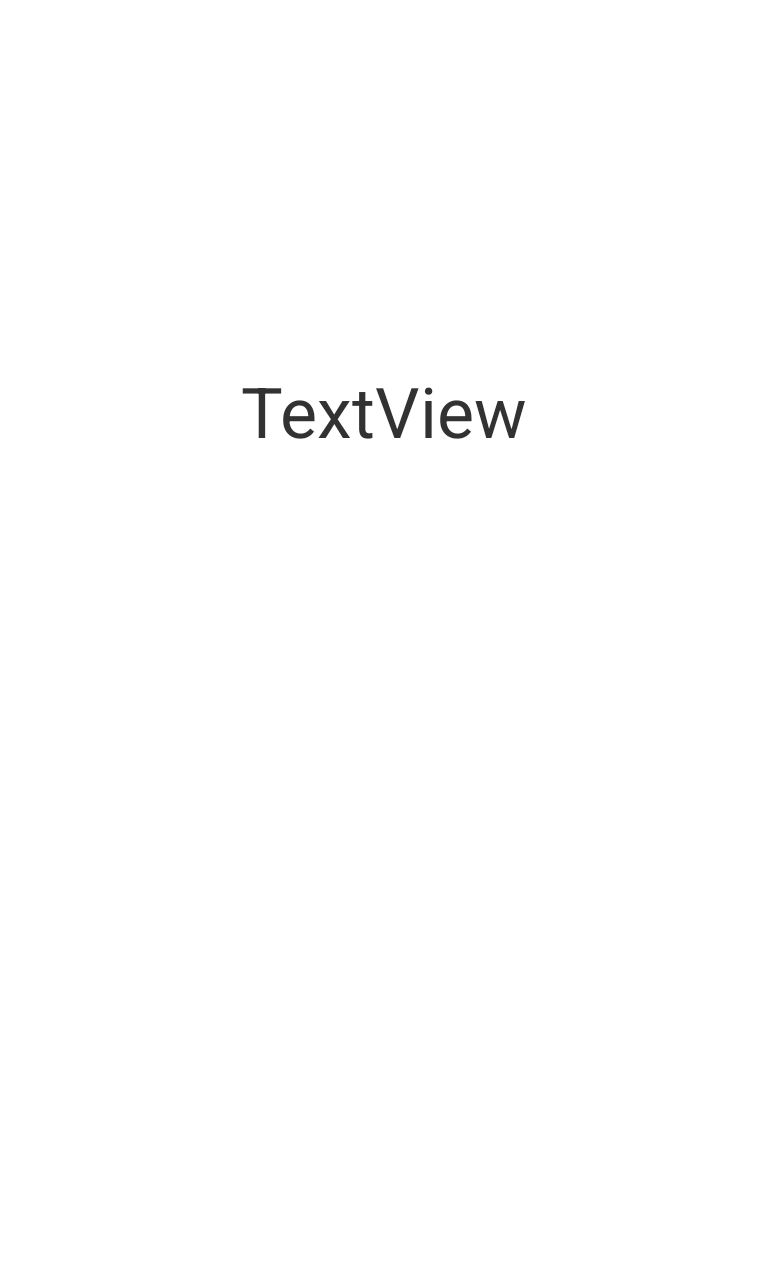
Repository: amittttt/Android-HP
Layout: Gameassgnmnt/res/layout/activity_high_score.xml
The author's editor kept a copy of each file at every save. The layout is drawn from the files as they stood at one save, then again after the next save.
It is drawn on a 768 x 1280 px phone screen (xhdpi) without system bars, with theme AppTheme; the app's code is not run.

Above is the layout before, as saved 2016-05-13 19:50:25.

After the next save:
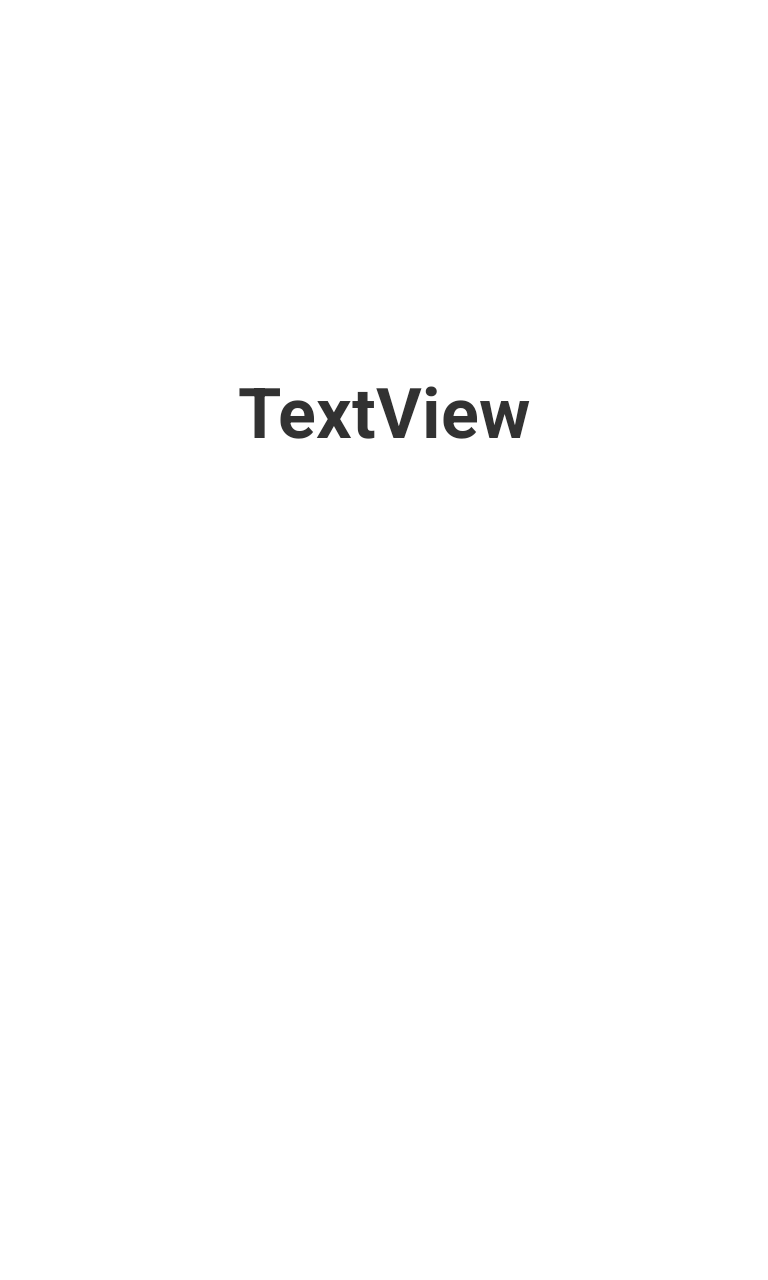
Saved 32 s later.
--- a/Gameassgnmnt/res/layout/activity_high_score.xml
+++ b/Gameassgnmnt/res/layout/activity_high_score.xml
@@ -17,6 +17,7 @@
         android:layout_centerHorizontal="true"
         android:layout_marginTop="166dp"
         android:text="TextView"
-        android:textSize="35dp" />
+        android:textSize="35dp"
+        android:textStyle="bold" />
 
 </RelativeLayout>
